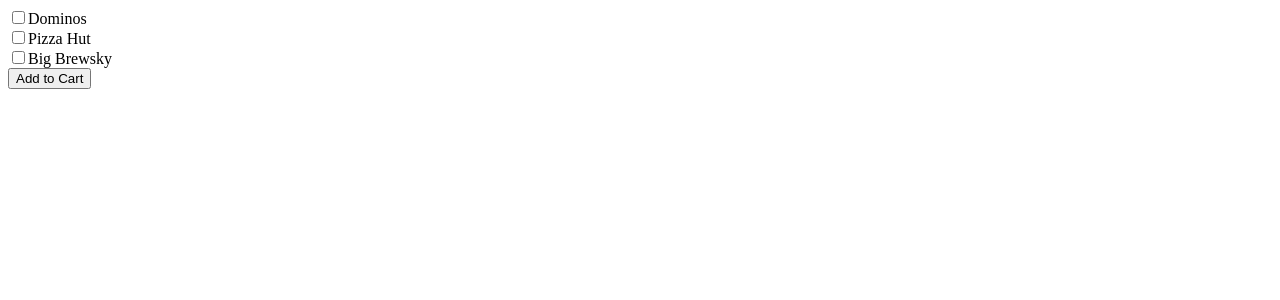
Repository: aishwarya-sankhla/JavaTraining
Page: http://localhost/MiniShoppingCart/addMobile
The author's editor kept a copy of each file at every save. The page is drawn from the files as they stood at one save, then again after the next save.
The browser window is 1280 px wide. The pictures show the whole page.
The page is served by Tomcat 9.

Above is the page before, as saved 2018-10-03 10:21:47.

After the next save:
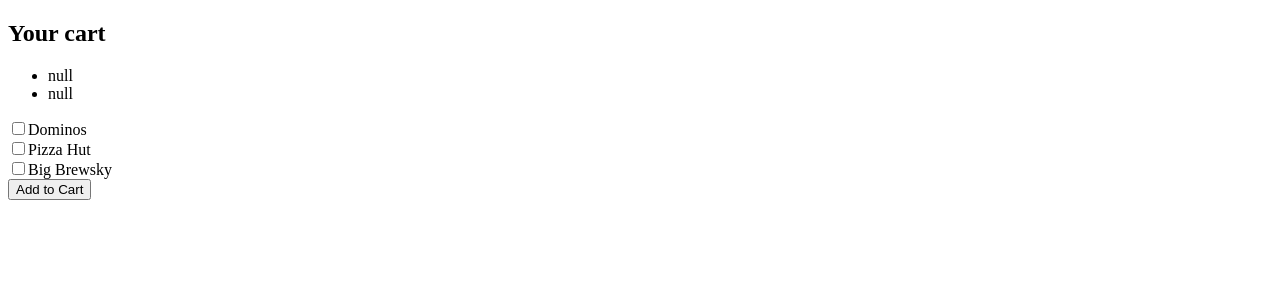
Saved 2 min 15 s later.
--- a/MiniShoppingCart/WebContent/Third.jsp
+++ b/MiniShoppingCart/WebContent/Third.jsp
@@ -7,6 +7,11 @@
 <title>Insert title here</title>
 </head>
 <body>
+<h2>Your cart</h2>
+<ul>
+	<li><%out.println(session.getAttribute("book"));%></li>
+	<li><%out.println(session.getAttribute("mobile"));%></li>
+</ul>
 	<form action="CartServlet">
 		<input type="checkbox" name="pizza" value="Dominos">Dominos<br>
 		<input type="checkbox" name="pizza" value="Pizza Hut">Pizza Hut<br>
